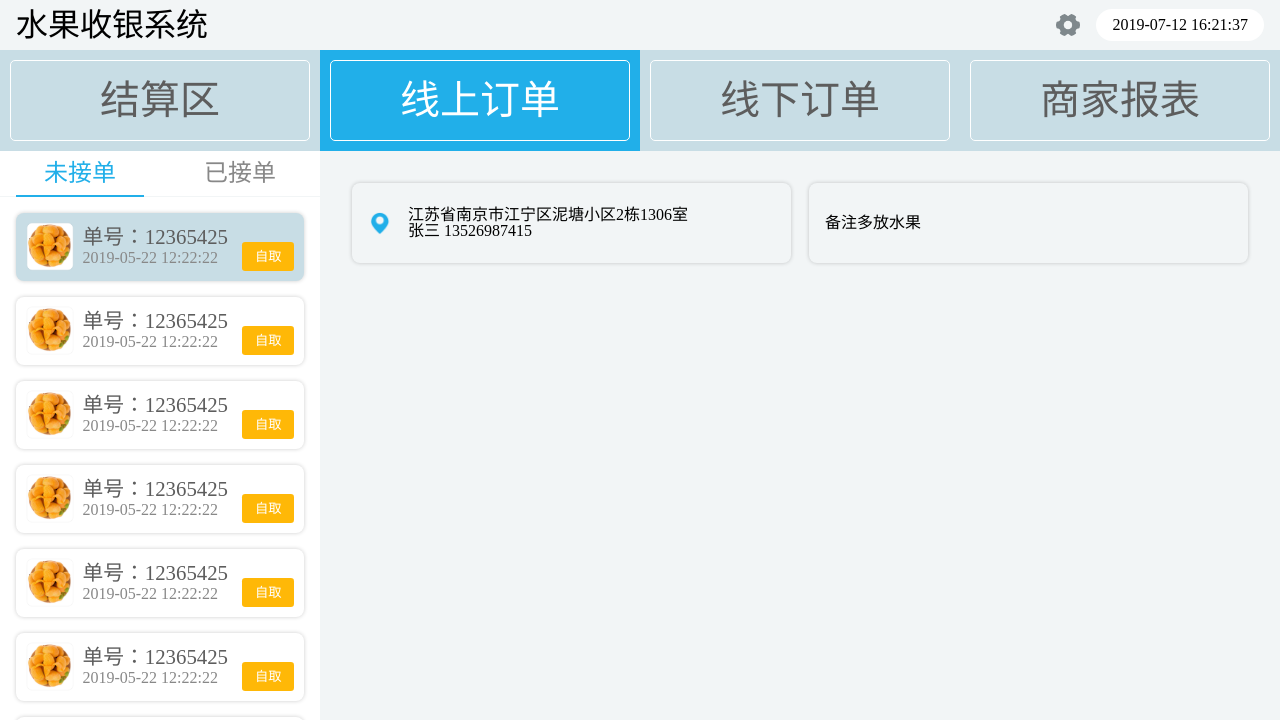
Repository: missing-star/fruit
Page: index.html
These files come from the project's save history. The page is drawn as it stood at one moment and after the next save; the edit follows.
The browser window is 1280 px wide. The pictures show the whole page.

Above is the page before, as saved 2019-07-12 17:02:51.

### index.html
<!DOCTYPE html>
<html lang="en">

<head>
    <meta charset="UTF-8">
    <meta name="viewport" content="width=device-width, initial-scale=1.0">
    <meta http-equiv="X-UA-Compatible" content="ie=edge">
    <title>水果收银系统</title>
    <link rel="stylesheet" href="./css/index.css">
</head>

<body>
    <div id="app">
        <header class="title-bar">
            <p class="title">水果收银系统</p>
            <div class="right-part-show">
                <img src="./images/setting.png" alt="设置" class="setting-icon">
                <p class="show-current-time">{{currentTime}}</p>
            </div>
        </header>
        <ul class="category-tab">
            <li class="category-item" :class="{active:currentIndex == 0}" @click="switchTab(0)">
                <p class="category-title">结算区</p>
            </li>
            <li class="category-item" :class="{active:currentIndex == 1}" @click="switchTab(1)">
                <p class="category-title">线上订单</p>
            </li>
            <li class="category-item" :class="{active:currentIndex == 2}" @click="switchTab(2)">
                <p class="category-title">线下订单</p>
            </li>
            <li class="category-item" :class="{active:currentIndex == 3}" @click="switchTab(3)">
                <p class="category-title">商家报表</p>
            </li>
        </ul>
        <!-- 结算区 -->
        <div v-show="currentIndex == 0" class="main-content">
            <div class="operation-wrapper">
                <ul class="goods-list-wrapper">
                    <li v-for="n in 10" class="goods-item">
                        <div class="goods-pic-wrapper">
                            <span class="delete-icon pointer"></span>
                            <img src="./images/goods.png" class="goods-pic">
                        </div>
                        <div class="goods-detail">
                            <p class="goods-title">苹果</p>
                            <p class="goods-spec">规格：12元/250g</p>
                            <p class="goods-money">
                                <span class="goods-weight">重量357g</span>
                                <span class="goods-price">
                                    <i class="money-icon black">￥</i>
                                    <i class="money-number black">18</i>
                                </span>
                            </p>
                        </div>
                    </li>
                </ul>
                <div class="calculator-scope">
                    <div class="show-total-money">
                        <p class="total-title">共4件商品</p>
                        <p class="total-money">
                            <span class="money-title">合计</span>
                            <span class="show-money">
                                <i class="money-icon blue">￥</i>
                                <i class="money-number blue">54.00</i>
                            </span>
                        </p>
                    </div>
                    <div class="operation-group">
                        <div class="left-part">
                            <button class="order-list pointer">挂单列表</button>
                            <button class="go-order pointer">挂单</button>
                        </div>
                        <button class="right-part pointer">
                            结算
                        </button>
                    </div>
                </div>
            </div>
            <div class="goods-choice-wrapper">
                <ul class="goods-category-wrapper">
                    <li @click="switchSubTab(n-1)" :class="{active:subCurrentIndex == n-1}" v-for="n in 20"
                        class="goods-category-item pointer">
                        分类
                    </li>
                </ul>
                <ul class="goods-choice-list">
                    <li v-for="n in 20" class="goods-choice-item">
                        <img src="./images/goods.png" class="goods-show-pic">
                        <p class="goods-desc">
                            <span class="goods-name">小泰芒</span>
                            <span class="price-weight">23元 / 250g</span>
                        </p>
                    </li>
                </ul>
            </div>
        </div>
        <div v-show="currentIndex == 1" class="main-content">
            <div class="operation-wrapper">
                <ul class="tab-wrapper">
                    <li @click="switchOnlineTab(0)" :class="{active:onlineCurrentIndex == 0}" class="tab-item pointer">
                        未接单</li>
                    <li @click="switchOnlineTab(1)" :class="{active:onlineCurrentIndex == 1}" class="tab-item pointer">
                        已接单</li>
                </ul>
                <div class="order-list-wrapper">
                    <ul v-show="onlineCurrentIndex == 0" class="accept-wrapper">
                        <li @click="getOrderDetail(0,n)" v-for="n in 20" class="order-item pointer"
                            :class="{active:currentOrder == n && onlineCurrentIndex == 0}">
                            <img src="./images/goods.png" class="order-goods-pic">
                            <div class="order-detail">
                                <p class="order-number">单号：12365425</p>
                                <p class="order-date">2019-05-22 12:22:22</p>
                            </div>
                            <button class="post-way self">自取</button>
                        </li>
                    </ul>
                    <ul v-show="onlineCurrentIndex == 1" class="accept-wrapper">
                        <li @click="getOrderDetail(1,n)" v-for="n in 20" class="order-item pointer"
                            :class="{active:currentOrder == n && onlineCurrentIndex == 1}">
                            <img src="./images/goods.png" class="order-goods-pic">
                            <div class="order-detail">
                                <p class="order-number">单号：12365425</p>
                                <p class="order-date">2019-05-22 12:22:22</p>
                            </div>
                            <button class="post-way post">自取</button>
                        </li>
                    </ul>
                </div>
            </div>
            <div class="order-detail-wrapper">
                <div class="user-info">
                    <div class="user-address info-part">
                        <img src="./images/location.png" class="location">
                        <div class="address-detail">
                            <p class="address">江苏省南京市江宁区泥塘小区2栋1306室</p>
                            <p class="user-detail">张三 13526987415</p>
                        </div>
                    </div>
                    <div class="user-comment info-part">
                        <p class="comment-title">备注</p>
                        <p class="user-detail">多放水果</p>
                    </div>
                </div>
            </div>
        </div>
        <div v-show="currentIndex == 2" class="main-content">

        </div>
        <div v-show="currentIndex == 3" class="main-content">

        </div>
    </div>
    <script src="https://cdn.bootcss.com/vue/2.6.10/vue.js"></script>
    <script src="./js/index.js"></script>
</body>

</html>

### css/index.css
html,body,div#app{
    height: 100%;
    background: #FFFFFF;
    min-width: 1200px;
}
body{
    font-size: calc(100vw / 19.2);
}
*{
    padding: 0;
    margin: 0;
    list-style: none;
    box-sizing: border-box;
    line-height: 100%;
    color: #000000;
    font-style: normal;
}
header.title-bar {
    background: #F2F5F6;
    padding: 1rem;
    height: 7%;
    display: flex;
    align-items: center;
    justify-content: space-between;
}
p.title {
    font-size: 2rem;
}
.right-part-show {
    display: flex;
    align-items: center;
    justify-content: space-around;
}
img.setting-icon {
    width: 1.5rem;
    margin-right: 1rem;
    cursor: pointer;
}
p.show-current-time {
    font-size: 1rem;
    background: #FFFFFF;
    padding: 0.5rem 1rem;
    border-radius: 10rem;
}
ul.category-tab {
    width: 100%;
    height: 14%;
    display: flex;
    align-items: center;
    justify-content: space-around;
    background: #C8DDE5;
}
li.category-item{
    width: 100%;
    height: 100%;
    display: flex;
    align-items: center;
    justify-content: center;
    padding: 10px;
    cursor: pointer;
}
li.category-item p.category-title {
    color: #5D5D5D;
    border: 1px solid #FFFFFF;
    border-radius: 5px;
    width: 100%;
    height: 100%;
    display: flex;
    align-items: center;
    justify-content: center;
    white-space: nowrap;
    font-size: 2.5rem;
}
li.category-item.active{
    background: #21AFE9;
}
li.category-item.active p.category-title{
    color: #FFFFFF;
}
.pointer{
    cursor: pointer;
}
.main-content {
    height: 79%;
    display: flex;
}
.operation-wrapper {
    width: 25%;
    height: 100%;
}
li.goods-item {
    height: 13vh;
    box-shadow: 0px 0px 4px 0px rgba(0,0,0,0.2);
    border-radius: 10px;
    margin: 1rem 0;
    display:flex;
}
.goods-pic-wrapper {
    position: relative;
    height: 100%;
    width: 30%;
    padding: 1rem;
}
img.goods-pic {
    width: 100%;
    height: auto;
}
ul.goods-list-wrapper {
    height: 75%;
    overflow: auto;
    padding: 0.5rem;
}
.calculator-scope {
    height: 25%;
}
span.delete-icon {
    width: 1.5rem;
    height: 1.5rem;
    background: url(../images/delete.png) no-repeat;
    background-size: 100% 100%;
    display: block;
    position: absolute;
    left: 0.5rem;
    top: 0.5rem;
}
.goods-detail {
    width: 70%;
    height: 100%;
}
p.goods-title {
    color: #000000;
    font-size: 2rem;
}
p.goods-spec {
    color: #6B6B6B;
    font-size: 1.2rem;
}
p.goods-money {
    display: flex;
    align-items: center;
    justify-content: space-between;
}
span.goods-weight {
    color: #FE7204;
    font-size: 1.5rem;
}
span.goods-price {
    font-size: 1.5rem;
}
.goods-detail {
    width: 70%;
    height: 100%;
    display: flex;
    flex-direction: column;
    justify-content: space-between;
    padding: 1rem;
}
i.money-number {
    font-size: 1.8rem;
}
i.money-icon {
    font-size: 1rem;
}
i.money-number.blue,i.money-icon.blue{
    color: #21AFE9;
}

.calculator-scope {
    border-top: 2px solid rgba(242,245,246,1);
    padding: 1rem;
}
div.show-total-money {
    background: rgba(242,245,246,1);
    display: flex;
    align-items: center;
    justify-content: space-between;
    font-size: 1.2rem;
    height: 30%;
    padding: 1rem;
    border-radius: 0.5rem;
    box-shadow:0px 1px 4px 0px rgba(0,0,0,0.2);
}
.operation-group {
    display: flex;
    align-items: center;
    justify-content: space-between;
    height: 70%;
    padding-top: 1rem;
}
p.total-title {
    color: #5D5D5D;
}
span.money-title {
    color: #333333;
}
button.order-list.pointer {
    background: #FFC639;
    outline: 0;
    border: none;
    color: #FFFFFF;
    width: 100%;
    height: 40%;
}
.left-part {
    width: 55%;
    height: 100%;
    display: flex;
    flex-direction: column;
    align-items: flex-start;
    justify-content: space-between;
}
button.order-list.pointer,button.go-order.pointer {
    border-radius: 0.5rem;
    background: #FFC639;
    outline: 0;
    border: none;
    color: #FFFFFF;
    width: 85%;
    height: 44%;
    font-size: 1.5rem;
}
button.go-order.pointer {
    background: #FF7A05;
}
.right-part {
    background: #21AFE9;
    border-radius: 0.5rem;
    color: #FFFFFF;
    font-size: 2rem;
    width: 45%;
    height: 100%;
    display: flex;
    align-items: center;
    justify-content: center;
    outline: 0;
    border:none;
}
ul.goods-category-wrapper {
    height: 100%;
    overflow: auto;
}
.goods-choice-wrapper {
    width: 75%;
    display: flex;
}
ul.goods-category-wrapper {
    width: 15%;
    height: 100%;
    overflow: auto;
}
li.goods-category-item {
    font-size: 1.5rem;
    display: flex;
    align-items: center;
    justify-content: center;
    height: 4rem;
    background: #EAEFF1;
    color: #5D5D5D;
    border-bottom: 2px solid #FFFFFF;
}
li.goods-category-item.active{
    background: #21AFE9;
    color: #FFFFFF;
}
ul.goods-choice-list {
    height: 100%;
    overflow: auto;
    width: 85%;
    background: #F2F5F6;
    display: flex;
    flex-wrap: wrap;
}
img.goods-show-pic {
    width: 100%;
}
li.goods-choice-item {
    width: 25%;
    margin: 2% calc(25% / 6);
    background: #FFFFFF;
    border-radius: 1rem;
    padding: 1rem;
}
p.goods-desc {
    display: flex;
    flex-direction: column;
    padding: 0 1rem;
}
span.goods-name {
    color: #333333;
    font-size: 2rem;
    margin-bottom: 1rem;
}
span.price-weight {
    color: #888888;
    font-size: 1.3rem;
}
ul::-webkit-scrollbar {
    height: 0;
    width: 4px;
}
ul::-webkit-scrollbar {
    width: 5px; /*对垂直流动条有效*/
    height: 0px; /*对水平流动条有效*/
}

/*定义滚动条的轨道颜色、内阴影及圆角*/
ul::-webkit-scrollbar-track{
    background-color: #FFFFFF;
    border-radius: 3px;
}


/*定义滑块颜色、内阴影及圆角*/
ul::-webkit-scrollbar-thumb{
    border-radius: 7px;
    background-color: #aaa;
}
ul.tab-wrapper{
    width: 100%;
    height: 8%;
    font-size: 1.5rem;
    display: flex;
    align-items: center;
    justify-content: space-around;
    border-bottom: 1px solid rgba(242,245,246,1);
}
li.tab-item{
    color: #888888;
    position: relative;
    width: 50%;
    text-align:center;
    height: 100%;
    display: flex;
    align-items: center;
    justify-content: center;
}
li.tab-item.active{
    color: #21AFE9;
}
li.tab-item.active:after{
    content: '';
    width: 80%;
    height: 2px;
    background: #21AFE9;
    position: absolute;
    bottom: -1px;
    left: 10%;
}
.order-list-wrapper {
    height: 92%;
}
ul.accept-wrapper {
    width: 100%;
    height: 100%;
    overflow: auto;
}
li.order-item {
    display: flex;
    align-items: center;
    justify-content: space-between;
    height: 13%;
    font-size: 1rem;
    box-shadow: 0px 0px 4px 0px rgba(0,0,0,0.2);
    border-radius: 0.5rem;
    margin: 1rem;
    padding: 0.6rem;
}
img.order-goods-pic{
    height: 100%;
}
button.post-way {
    align-self: flex-end;
    border: none;
    outline: 0;
    color: #FFFFFF;
    padding: 0.5rem 0.8rem;
    border-radius: 0.2rem;
}
button.post-way.self{
    background: #FFB807;
}
button.post-way.post{
    background: #FF7A05;
}
p.order-number {
    color: #5D5D5D;
    font-size: 1.3rem;
}
p.order-date {
    color: #888888;
    font-size: 1rem;
}
.order-detail {
    flex: 1;
    height: 85%;
    display: flex;
    align-items: flex-start;
    padding-left: 0.5rem;
    justify-content: space-around;
    flex-direction: column;
}
li.order-item.active{
    background: #C8DDE5;
}
.order-detail-wrapper {
    width: 75%;
    height: 100%;
    background: #F2F5F6;
    padding: 2rem;
}
.user-info {
    display: flex;
    align-items: center;
    justify-content: space-between;
    font-size: 1rem;
}
.info-part {
    box-shadow: 0px 0px 4px 0px rgba(0,0,0,0.2);
    border-radius: 0.5rem;
    width: 49%;
    padding: 1rem;
    height: 5rem;
    display: flex;
    align-items: center;
}
img.location{
    width: 1.5rem;
}
.address-detail{
    padding-left: 1rem;
}

### js/index.js
new Vue({
    el: '#app',
    data: {
        currentTime: '0000-00-00 00:00:00',
        currentIndex:1,
        subCurrentIndex:0,
        onlineCurrentIndex:0,
        currentOrder:1
    },
    methods: {
        getCurrentTime: function () {
            var date = new Date();
            var year = date.getFullYear();
            var month = (date.getMonth() + 1) < 10 ? '0' + (date.getMonth() + 1) : (date.getMonth() + 1);
            var day = date.getDate() < 10 ? '0' + date.getDate() : date.getDate();
            var hour = date.getHours() < 10 ? '0' + date.getHours() : date.getHours();
            var minute = date.getMinutes() < 10 ? '0' + date.getMinutes() : date.getMinutes();
            var second = date.getSeconds() < 10 ? '0' + date.getSeconds() : date.getSeconds();
            this.currentTime = year + '-' + month + '-' + day + ' ' + hour + ':' + minute + ':' + second;
        },
        switchTab:function(index) {
            if(this.currentIndex != index) {
                this.currentIndex = index;
            }
        },
        switchSubTab:function(index) {
            if(this.subCurrentIndex != index) {
                this.subCurrentIndex = index;
            }
        },
        switchOnlineTab:function(index) {
            if(this.onlineCurrentIndex != index) {
                this.onlineCurrentIndex = index;
            }
        },
        getOrderDetail:function(onlineCurrentIndex,currentOrder) {
            if(this.onlineCurrentIndex != onlineCurrentIndex || currentOrder != this.currentOrder) {
                this.onlineCurrentIndex = onlineCurrentIndex;
                this.currentOrder = currentOrder;
            }
        }
    },
    created: function () {
        var vm = this;
        vm.getCurrentTime();
        setInterval(function(){
            vm.getCurrentTime();
        }, 1000);
    }
});

After the next save:
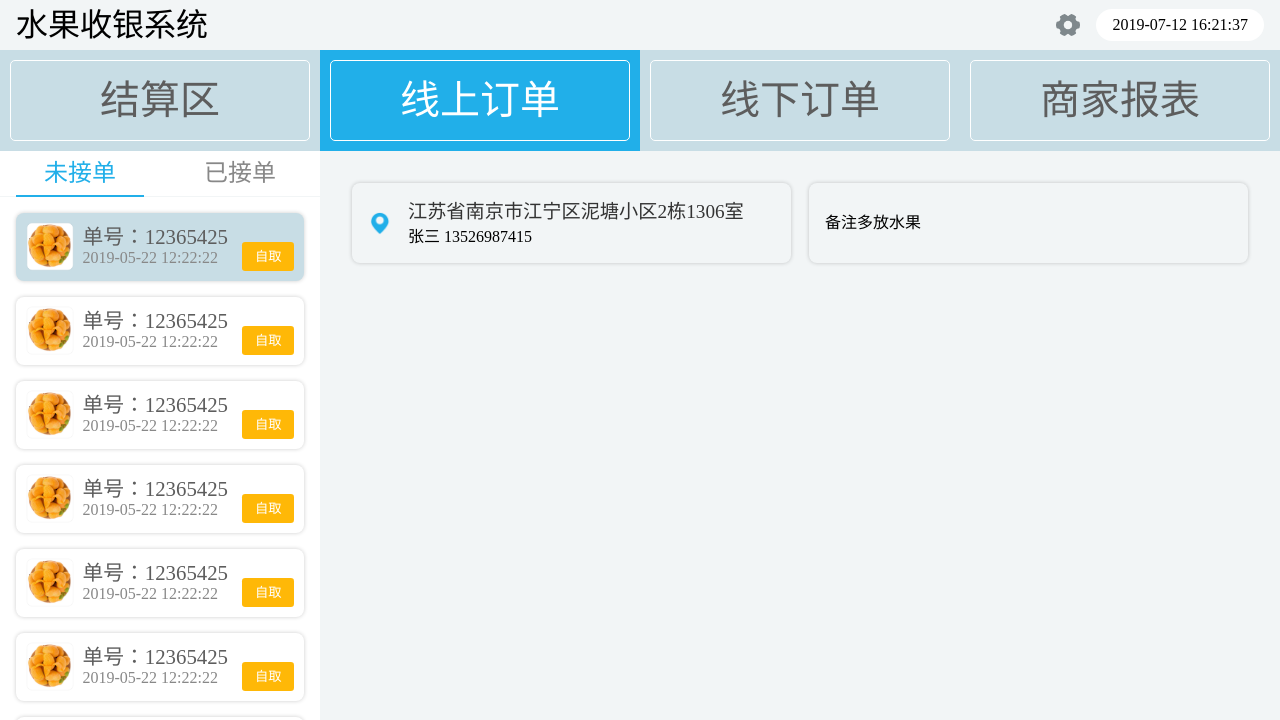
Saved 31 s later.
--- a/css/index.css
+++ b/css/index.css
@@ -429,3 +429,8 @@ img.location{
 .address-detail{
     padding-left: 1rem;
 }
+p.address {
+    color: #333333;
+    font-size: 1.2rem;
+    padding-bottom: 0.5rem;
+}
